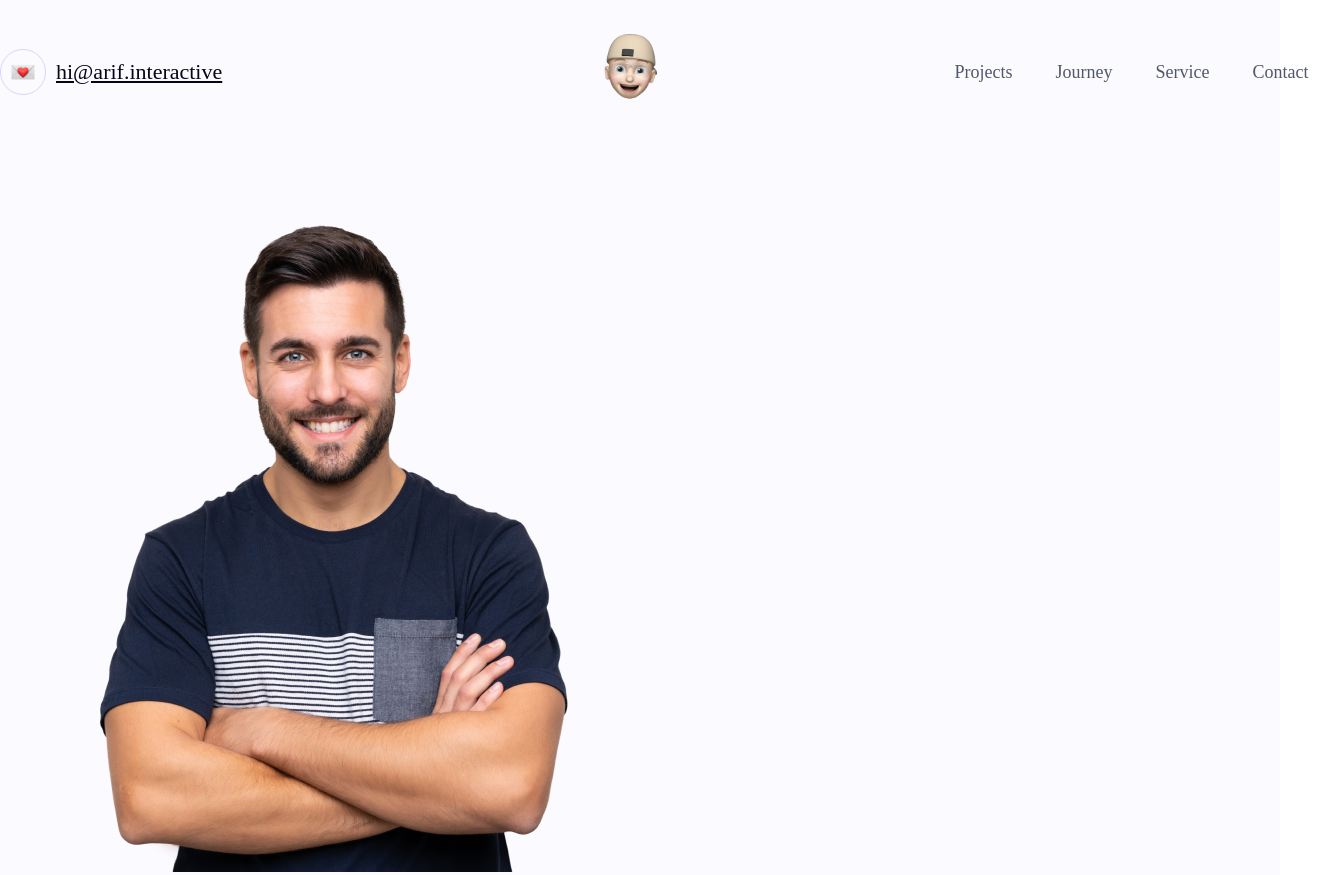
Repository: trantangtuan/project-06-grid-system12column-demo
Page: index.html
The author's editor kept a copy of each file at every save. The page is drawn from the files as they stood at one save, then again after the next save.
The browser window is 1280 px wide. The page is 1330 px wide, so the pictures cover 1330 px, including what lies to the right of the window. The pictures show the whole page.

Above is the page before, as saved 2024-07-12 20:38:48.

### index.html
<!DOCTYPE html>
<html lang="en">
  <head>
    <meta charset="UTF-8" />
    <meta name="viewport" content="width=device-width, initial-scale=1.0" />
    <title>Project - 06 - use grid systerm 12 column</title>
    <!-- reset css -->
    <link rel="stylesheet" href="./assets/css/reset.css" />
    <!-- grid css -->
    <link rel="stylesheet" href="./assets/css/grid.css" />
    <!-- style css -->
    <link rel="stylesheet" href="./assets/css/style.css" />
    <!-- responsive css -->
    <link rel="stylesheet" href="./assets/css/responsive.css" />
  </head>
  <body>
    <!-- header -->
    <header class="header">
      <div class="nav">
        <div class="nav__mail">
          <div class="nav__mail-icon">
            <img
              class="nav__mail-img"
              src="./assets/img/mail-icon.png"
              alt="mail icon"
            />
          </div>
          <a
            href="mailto:nguyenvancuong0345723186@gmail.com"
            class="nav__mail-desc"
          >
            hi@arif.interactive
          </a>
        </div>
        <div class="logo">
          <img src="./assets/img/logo-boy.svg" alt="logo" class="logo-img" />
        </div>
        <ul class="navbar">
          <li>
            <a href="#!" class="navbar__item">Projects</a>
          </li>
          <li>
            <a href="#!" class="navbar__item">Journey</a>
          </li>
          <li>
            <a href="#!" class="navbar__item">Service</a>
          </li>
          <li>
            <a href="#!" class="navbar__item">Contact</a>
          </li>
        </ul>
      </div>
    </header>
    <!-- main -->
    <main class="main">
      <!-- hero -->
      <div class="hero">
        <div class="group-rectangle"></div>
        <div class="container">
          <div class="row">
            <div class="col-lg-5">
              <img
                src="./assets/img/hero-img.png"
                alt="image hero"
                class="hero__img"
              />
            </div>
            <div class="col-lg-7"></div>
          </div>
        </div>
      </div>
    </main>
  </body>
</html>

### assets/css/grid.css
.container,
.container-fluid {
  --spacer: 10px;
  --column-size: 12;
  width: 100%;
  margin-left: auto;
  margin-right: auto;
  padding-left: calc(var(--spacer) / 2);
  padding-right: calc(var(--spacer) / 2);
}

.row {
  display: flex;
  flex-wrap: wrap;

  margin: 0px calc(-1 * var(--spacer) / 2);
}

.gutter-0 {
  --spacer: 0;
}

[class*="offset-"] {
  margin-left: calc(100% / var(--column-size) * var(--offset-value));
}

.offset-1 {
  --offset-value: 1;
}

.offset-2 {
  --offset-value: 2;
}

.offset-3 {
  --offset-value: 3;
}

.offset-4 {
  --offset-value: 4;
}

.offset-5 {
  --offset-value: 5;
}

.offset-6 {
  --offset-value: 6;
}

.offset-7 {
  --offset-value: 7;
}

.offset-8 {
  --offset-value: 8;
}

.offset-9 {
  --offset-value: 9;
}

.offset-10 {
  --offset-value: 10;
}

.offset-11 {
  --offset-value: 11;
}

.col,
.row[class*="row-cols-"] > *,
.row > [class*="col-"] {
  padding-left: calc(var(--spacer) / 2);
  padding-right: calc(var(--spacer) / 2);
}

.row[class*="row-cols-"] > *,
.row > [class*="col-"] {
  flex: 0 0 auto;
}

.row[class*="row-cols-"] > * {
  width: calc(100% / var(--row-cols-number));
}

.row-cols-1 > * {
  --row-cols-number: 1;
}

.row-cols-2 > * {
  --row-cols-number: 2;
}

.row-cols-3 > * {
  --row-cols-number: 3;
}

.row-cols-4 > * {
  --row-cols-number: 4;
}

.row-cols-5 > * {
  --row-cols-number: 5;
}

.row-cols-6 > * {
  --row-cols-number: 6;
}

.row > [class*="col-"] {
  width: calc(100% / var(--column-size) * var(--column-number));
}

.col-1 {
  --column-number: 1;
}

.col-2 {
  --column-number: 2;
}

.col-3 {
  --column-number: 3;
}

.col-4 {
  --column-number: 4;
}

.col-5 {
  --column-number: 5;
}

.col-6 {
  --column-number: 6;
}

.col-7 {
  --column-number: 7;
}

.col-8 {
  --column-number: 8;
}

.col-9 {
  --column-number: 9;
}

.col-10 {
  --column-number: 10;
}

.col-11 {
  --column-number: 11;
}

.col-12 {
  --column-number: 12;
}

/* // Small devices (landscape phones, 576px and up) */
@media (min-width: 576px) {
  .container {
    --spacer: 20px;
    width: 540px;
  }

  .gutter-sm-0 {
    --spacer: 0;
  }

  .offset-sm-1 {
    --offset-value: 1;
  }

  .offset-sm-2 {
    --offset-value: 2;
  }

  .offset-sm-3 {
    --offset-value: 3;
  }

  .offset-sm-4 {
    --offset-value: 4;
  }

  .offset-sm-5 {
    --offset-value: 5;
  }

  .offset-sm-6 {
    --offset-value: 6;
  }

  .offset-sm-7 {
    --offset-value: 7;
  }

  .offset-sm-8 {
    --offset-value: 8;
  }

  .offset-sm-9 {
    --offset-value: 9;
  }

  .offset-sm-10 {
    --offset-value: 10;
  }

  .offset-sm-11 {
    --offset-value: 11;
  }

  .col-sm-1 {
    --column-number: 1;
  }

  .col-sm-2 {
    --column-number: 2;
  }

  .col-sm-3 {
    --column-number: 3;
  }

  .col-sm-4 {
    --column-number: 4;
  }

  .col-sm-5 {
    --column-number: 5;
  }

  .col-sm-6 {
    --column-number: 6;
  }

  .col-sm-7 {
    --column-number: 7;
  }

  .col-sm-8 {
    --column-number: 8;
  }

  .col-sm-9 {
    --column-number: 9;
  }

  .col-sm-10 {
    --column-number: 10;
  }

  .col-sm-11 {
    --column-number: 11;
  }

  .col-sm-12 {
    --column-number: 12;
  }

  .row-cols-sm-1 > * {
    --row-cols-number: 1;
  }

  .row-cols-sm-2 > * {
    --row-cols-number: 2;
  }

  .row-cols-sm-3 > * {
    --row-cols-number: 3;
  }

  .row-cols-sm-4 > * {
    --row-cols-number: 4;
  }

  .row-cols-sm-5 > * {
    --row-cols-number: 5;
  }

  .row-cols-sm-6 > * {
    --row-cols-number: 6;
  }
}

/* // Medium devices (tablets, 768px and up) */
@media (min-width: 768px) {
  .container {
    width: 720px;
  }

  .gutter-md-0 {
    --spacer: 0;
  }

  .offset-md-1 {
    --offset-value: 1;
  }

  .offset-md-2 {
    --offset-value: 2;
  }

  .offset-md-3 {
    --offset-value: 3;
  }

  .offset-md-4 {
    --offset-value: 4;
  }

  .offset-md-5 {
    --offset-value: 5;
  }

  .offset-md-6 {
    --offset-value: 6;
  }

  .offset-md-7 {
    --offset-value: 7;
  }

  .offset-md-8 {
    --offset-value: 8;
  }

  .offset-md-9 {
    --offset-value: 9;
  }

  .offset-md-10 {
    --offset-value: 10;
  }

  .offset-md-11 {
    --offset-value: 11;
  }

  .col-md-1 {
    --column-number: 1;
  }

  .col-md-2 {
    --column-number: 2;
  }

  .col-md-3 {
    --column-number: 3;
  }

  .col-md-4 {
    --column-number: 4;
  }

  .col-md-5 {
    --column-number: 5;
  }

  .col-md-6 {
    --column-number: 6;
  }

  .col-md-7 {
    --column-number: 7;
  }

  .col-md-8 {
    --column-number: 8;
  }

  .col-md-9 {
    --column-number: 9;
  }

  .col-md-10 {
    --column-number: 10;
  }

  .col-md-11 {
    --column-number: 11;
  }

  .col-md-12 {
    --column-number: 12;
  }

  .row-cols-md-1 > * {
    --row-cols-number: 1;
  }

  .row-cols-md-2 > * {
    --row-cols-number: 2;
  }

  .row-cols-md-3 > * {
    --row-cols-number: 3;
  }

  .row-cols-md-4 > * {
    --row-cols-number: 4;
  }

  .row-cols-md-5 > * {
    --row-cols-number: 5;
  }

  .row-cols-md-6 > * {
    --row-cols-number: 6;
  }
}

/* // Large devices (desktops, 992px and up) */
@media (min-width: 992px) {
  .container {
    width: 960px;
    --spacer: 30px;
  }

  .gutter-lg-0 {
    --spacer: 0;
  }

  .offset-lg-1 {
    --offset-value: 1;
  }

  .offset-lg-2 {
    --offset-value: 2;
  }

  .offset-lg-3 {
    --offset-value: 3;
  }

  .offset-lg-4 {
    --offset-value: 4;
  }

  .offset-lg-5 {
    --offset-value: 5;
  }

  .offset-lg-6 {
    --offset-value: 6;
  }

  .offset-lg-7 {
    --offset-value: 7;
  }

  .offset-lg-8 {
    --offset-value: 8;
  }

  .offset-lg-9 {
    --offset-value: 9;
  }

  .offset-lg-10 {
    --offset-value: 10;
  }

  .offset-lg-11 {
    --offset-value: 11;
  }

  .col-lg-1 {
    --column-number: 1;
  }

  .col-lg-2 {
    --column-number: 2;
  }

  .col-lg-3 {
    --column-number: 3;
  }

  .col-lg-4 {
    --column-number: 4;
  }

  .col-lg-5 {
    --column-number: 5;
  }

  .col-lg-6 {
    --column-number: 6;
  }

  .col-lg-7 {
    --column-number: 7;
  }

  .col-lg-8 {
    --column-number: 8;
  }

  .col-lg-9 {
    --column-number: 9;
  }

  .col-lg-10 {
    --column-number: 10;
  }

  .col-lg-11 {
    --column-number: 11;
  }

  .col-lg-12 {
    --column-number: 12;
  }

  .row-cols-lg-1 > * {
    --row-cols-number: 1;
  }

  .row-cols-lg-2 > * {
    --row-cols-number: 2;
  }

  .row-cols-lg-3 > * {
    --row-cols-number: 3;
  }

  .row-cols-lg-4 > * {
    --row-cols-number: 4;
  }

  .row-cols-lg-5 > * {
    --row-cols-number: 5;
  }

  .row-cols-lg-6 > * {
    --row-cols-number: 6;
  }
}

/* // X-Large devices (large desktops, 1200px and up) */
@media (min-width: 1200px) {
  .container {
    width: 1170px;
  }

  .gutter-xl-0 {
    --spacer: 0;
  }

  .offset-xl-1 {
    --offset-value: 1;
  }

  .offset-xl-2 {
    --offset-value: 2;
  }

  .offset-xl-3 {
    --offset-value: 3;
  }

  .offset-xl-4 {
    --offset-value: 4;
  }

  .offset-xl-5 {
    --offset-value: 5;
  }

  .offset-xl-6 {
    --offset-value: 6;
  }

  .offset-xl-7 {
    --offset-value: 7;
  }

  .offset-xl-8 {
    --offset-value: 8;
  }

  .offset-xl-9 {
    --offset-value: 9;
  }

  .offset-xl-10 {
    --offset-value: 10;
  }

  .offset-xl-11 {
    --offset-value: 11;
  }

  .col-xl-1 {
    --column-number: 1;
  }

  .col-xl-2 {
    --column-number: 2;
  }

  .col-xl-3 {
    --column-number: 3;
  }

  .col-xl-4 {
    --column-number: 4;
  }

  .col-xl-5 {
    --column-number: 5;
  }

  .col-xl-6 {
    --column-number: 6;
  }

  .col-xl-7 {
    --column-number: 7;
  }

  .col-xl-8 {
    --column-number: 8;
  }

  .col-xl-9 {
    --column-number: 9;
  }

  .col-xl-10 {
    --column-number: 10;
  }

  .col-xl-11 {
    --column-number: 11;
  }

  .col-xl-12 {
    --column-number: 12;
  }

  .row-cols-xl-1 > * {
    --row-cols-number: 1;
  }

  .row-cols-xl-2 > * {
    --row-cols-number: 2;
  }

  .row-cols-xl-3 > * {
    --row-cols-number: 3;
  }

  .row-cols-xl-4 > * {
    --row-cols-number: 4;
  }

  .row-cols-xl-5 > * {
    --row-cols-number: 5;
  }

  .row-cols-xl-6 > * {
    --row-cols-number: 6;
  }
}

### assets/css/style.css
:root {
  --primary-color: #5d3bee;
  --secondary-color: #51586a;
}

*,
::after,
::before {
  box-sizing: border-box;
}

html {
  font-size: 62.5%;
}

body {
  font-size: 1.6rem;
}

.item {
  /* width: 33.3333%; */
  border: 1px dashed orange;
  flex: 1 0;
}

/* ======================common======================== */

a {
  text-decoration: none;
  color: var(--secondary-color);
  font-size: 1.8rem;
  font-style: normal;
  font-weight: 400;
}

/* ==========================header========================= */

.header {
  background-color: #fbfaff;
  padding-top: 20px;
}

.nav {
  width: 1330px;
  margin: 0px auto;
  display: flex;
  align-items: center;
}

.nav__mail {
  display: flex;
  align-items: center;
  gap: 0 10px;
}

.nav__mail-icon {
  width: 46px;
  height: 46px;
  border-radius: 50%;
  border: 1px solid #dcd4fc;
  display: flex;
  align-items: center;
  justify-content: center;
}

.nav__mail-desc {
  color: #080415;
  font-size: 2.2rem;
  font-style: normal;
  font-weight: 500;
  line-height: 136.364%;
  text-decoration: underline;
}

.logo {
  margin-left: 357px;
}

.logo-img {
  height: 100px;
  width: 100px;
}

.navbar {
  margin-left: auto;
  display: flex;
  align-items: center;
}

.navbar__item {
  padding: 8px 21.5px;
}

/* ========================main================== */
/* hero */

.hero {
  padding-top: 44px;
  background-color: #fbfaff;
}

.hero__img {
  width: calc(100% + 15p14px);
}

Loaded but not shown: assets/css/reset.css (common file); assets/css/responsive.css (no stored copy; drawn as an empty file)

After the next save:
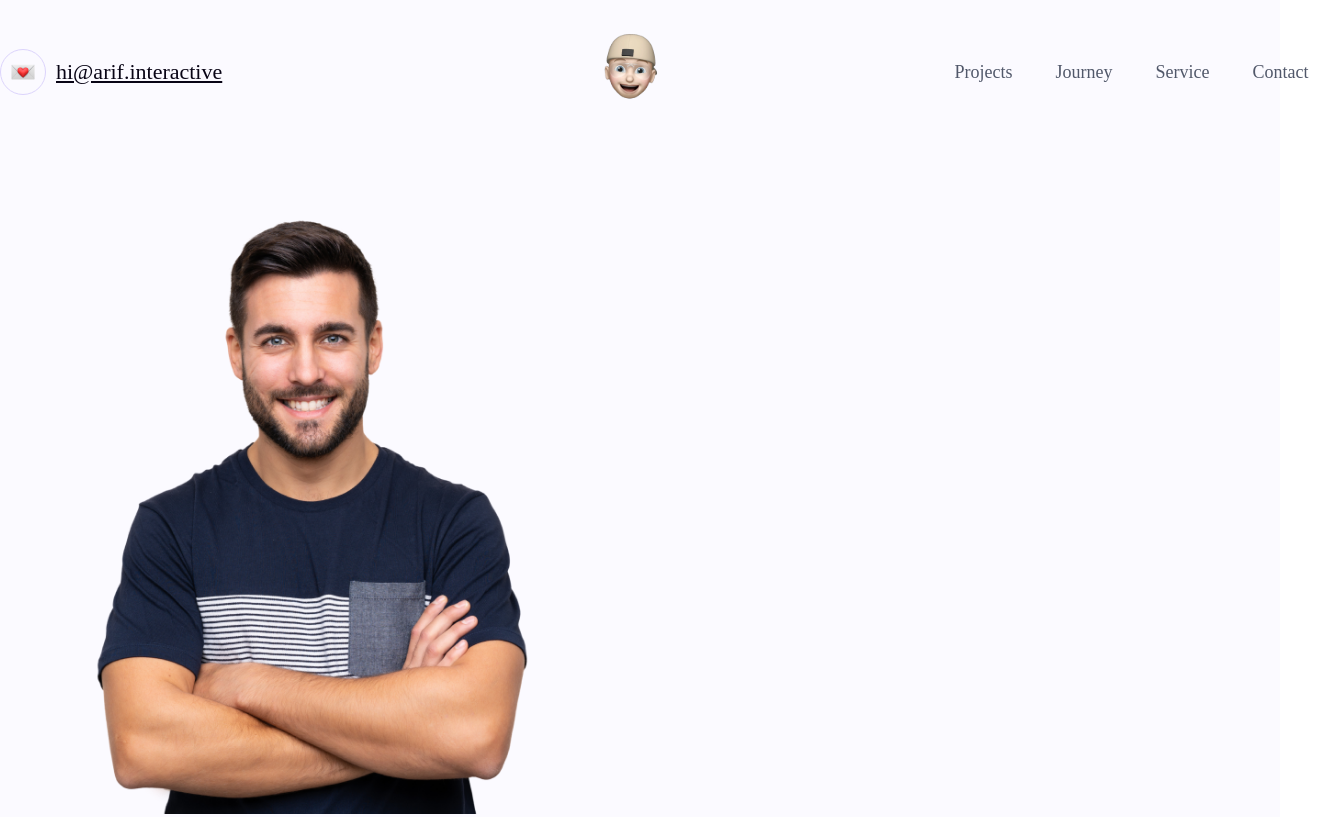
Saved 9 s later.
--- a/assets/css/style.css
+++ b/assets/css/style.css
@@ -100,5 +100,5 @@
 }
 
 .hero__img {
-  width: calc(100% + 15p14px);
+  width: calc(100% + 14px);
 }

After the save that followed:
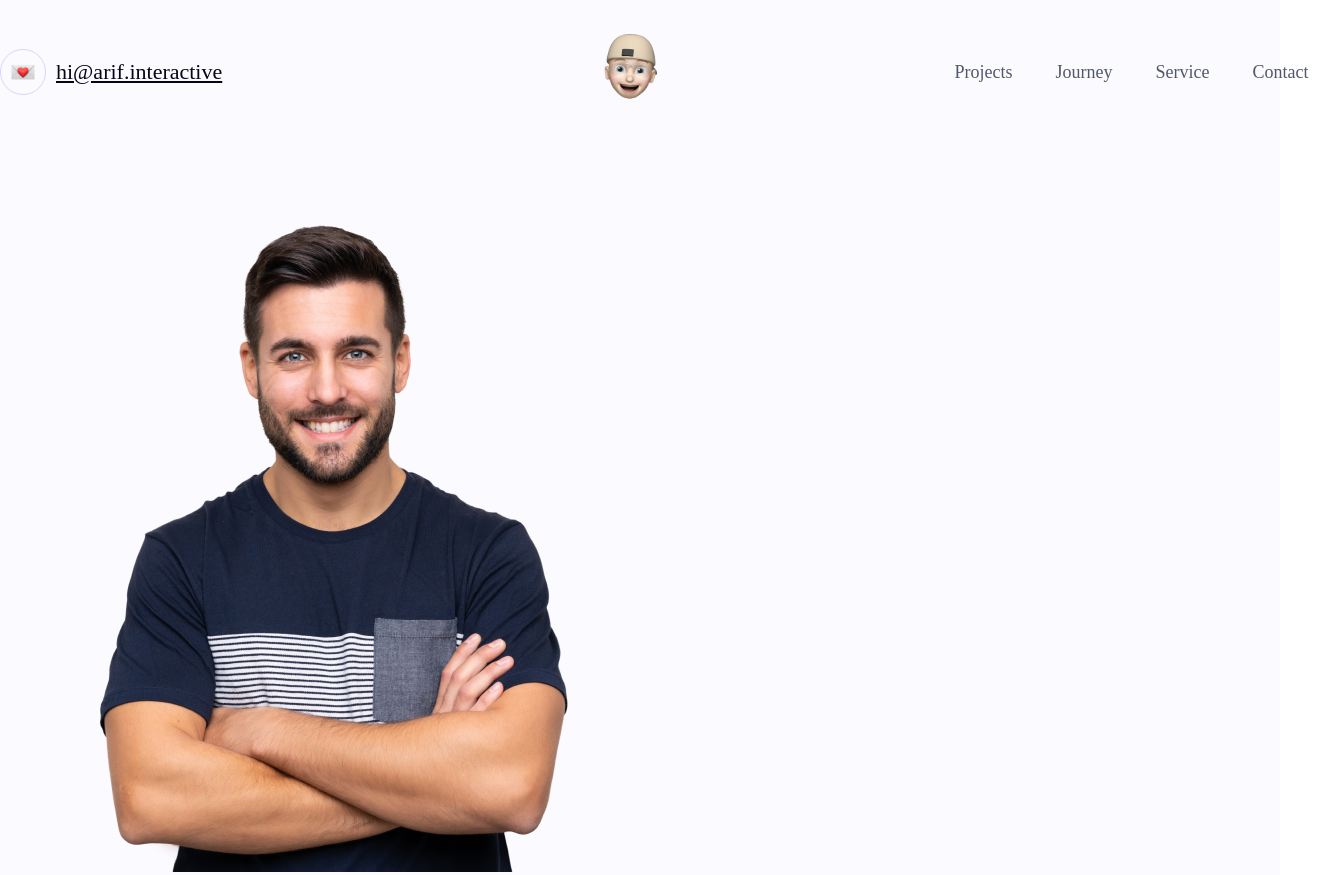
Saved 75 s later.
--- a/assets/css/style.css
+++ b/assets/css/style.css
@@ -100,5 +100,5 @@
 }
 
 .hero__img {
-  width: calc(100% + 14px);
+  width: 514px;
 }
